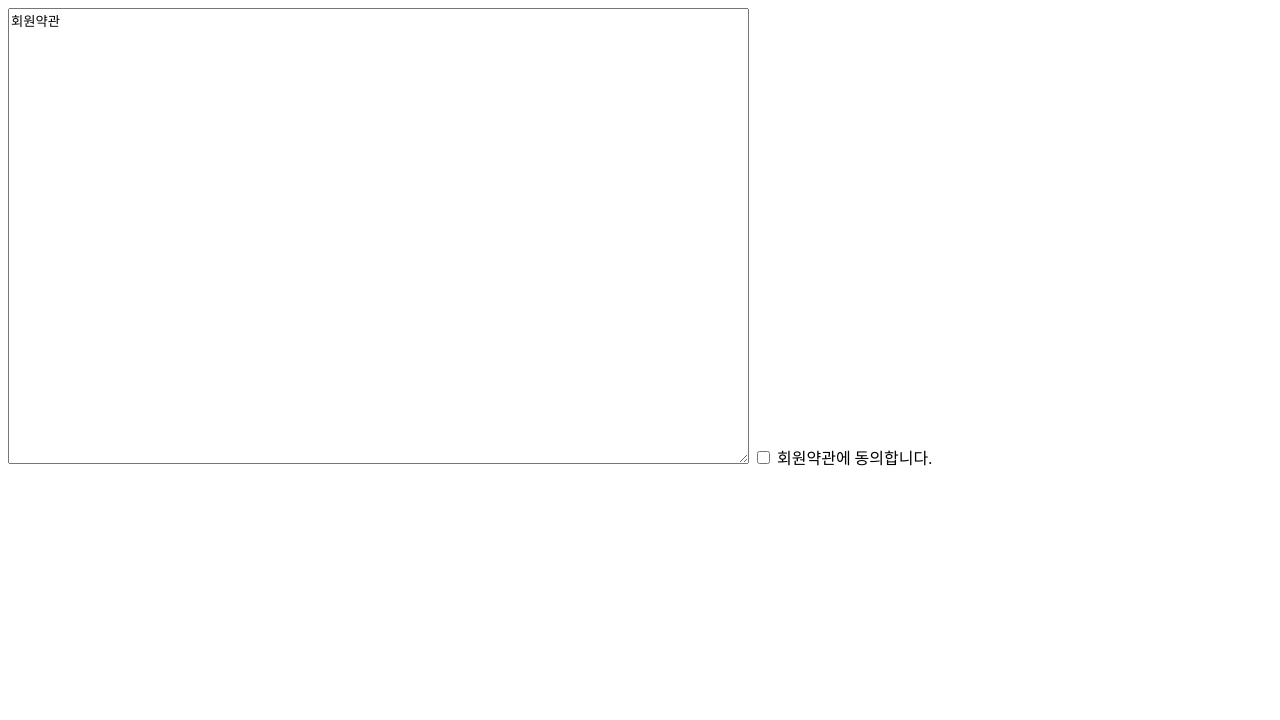
Repository: jyjoh97/SQL
Page: http://localhost/web01/agree.jsp
The author's editor kept a copy of each file at every save. The page is drawn from the files as they stood at one save, then again after the next save.
The browser window is 1280 px wide. The pictures show the whole page.
The page is served by Tomcat 9.

Above is the page before, as saved 2022-04-22 07:58:48.

After the next save:
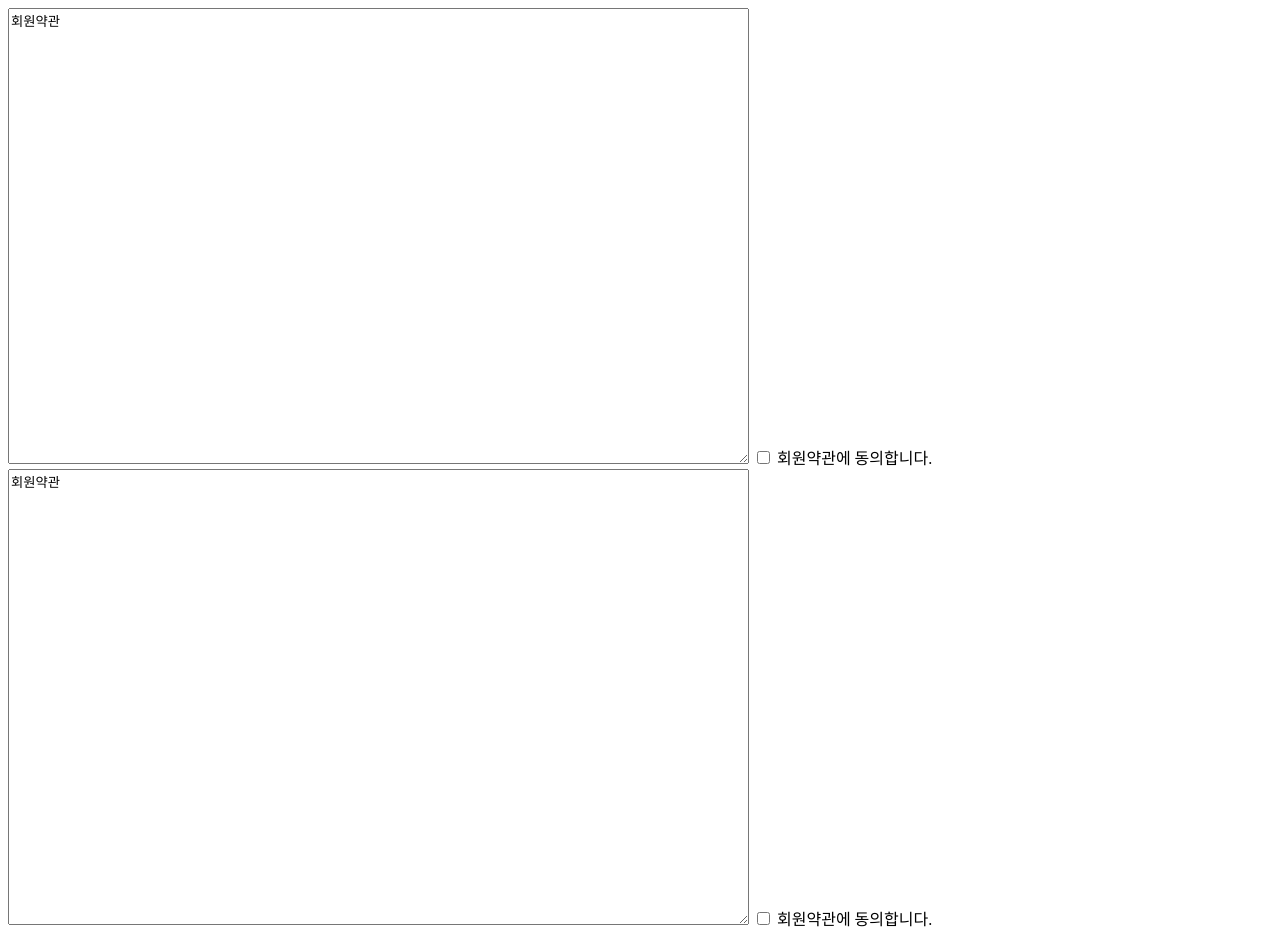
Saved 5 s later.
--- a/web01/src/main/webapp/agree.jsp
+++ b/web01/src/main/webapp/agree.jsp
@@ -11,5 +11,7 @@
 <body>
 	<textarea rows="30" cols="90" readonly>회원약관</textarea>
 	<input type="checkbox"> 회원약관에 동의합니다.
+	<textarea rows="30" cols="90" readonly>회원약관</textarea>
+	<input type="checkbox"> 회원약관에 동의합니다.
 </body>
 </html>
